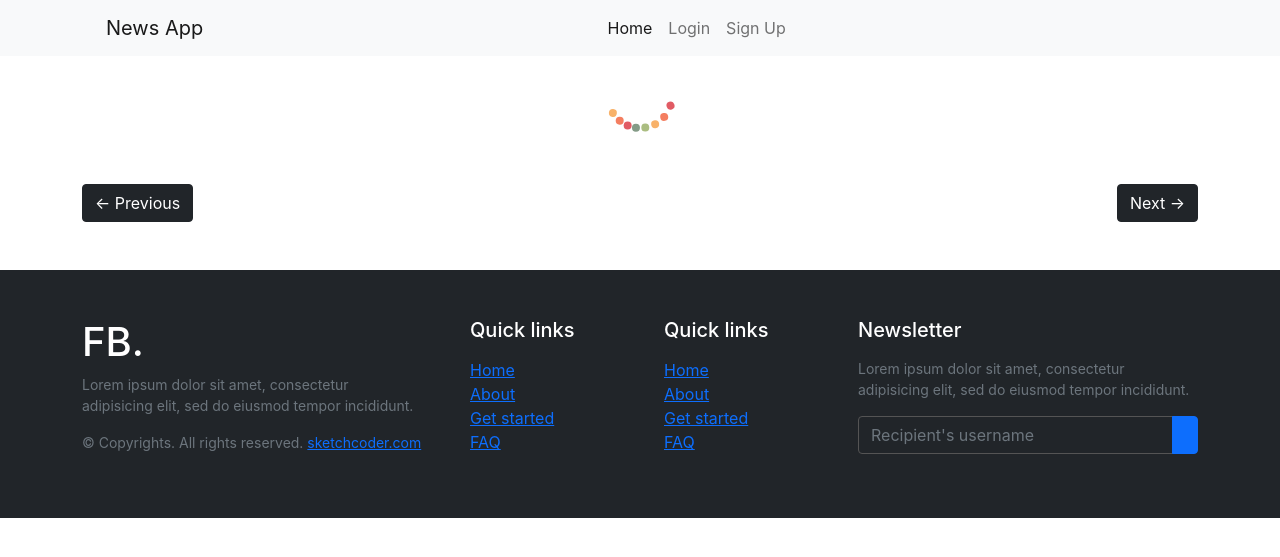
Repository: ZainAkbar51214/News-Site
Page: /
An editor plug-in stored every save of this project. The page is shown before and after the next save, followed by the edit.
The browser window is 1280 px wide. The pictures show the whole page.
The page's requests for data from a server got no answer. The project was rebuilt for these pictures with package versions that can differ from the ones it lists, and the page was loaded fresh each time. A package was used in the major version that the imports need, not the one package.json lists. No one was signed in, and anything a server would have sent is missing. Also part of the build but not shown: src/App.css, src/Components/Layouts/NewsItem.js, src/Components/pages/Login.jsx, src/Components/pages/SignUp.jsx.

Above is the page before, as saved 2023-12-18 01:56:39.

### public/index.html
<!DOCTYPE html>
<html lang="en">
  <head>
    <meta charset="utf-8" />
    <link rel="icon" href="%PUBLIC_URL%/favicon.ico" />
    <meta name="viewport" content="width=device-width, initial-scale=1" />
    <meta name="theme-color" content="#000000" />
    <meta
      name="description"
      content="Web site created using create-react-app"
    />
    <link rel="apple-touch-icon" href="%PUBLIC_URL%/logo192.png" />

    <link rel="manifest" href="%PUBLIC_URL%/manifest.json" />

    <title>News App</title>
    <!-- Bootstrap cdn -->
    <link href="https://cdn.jsdelivr.net/npm/bootstrap@5.0.2/dist/css/bootstrap.min.css" rel="stylesheet" integrity="sha384-EVSTQN3/azprG1Anm3QDgpJLIm9Nao0Yz1ztcQTwFspd3yD65VohhpuuCOmLASjC" crossorigin="anonymous">
  </head>
  <body>
    <noscript>You need to enable JavaScript to run this app.</noscript>
    <div id="root"></div>


    <!-- Bootstrap Script -->
    <script src="https://cdn.jsdelivr.net/npm/@popperjs/core@2.9.2/dist/umd/popper.min.js" integrity="sha384-IQsoLXl5PILFhosVNubq5LC7Qb9DXgDA9i+tQ8Zj3iwWAwPtgFTxbJ8NT4GN1R8p" crossorigin="anonymous"></script>
<script src="https://cdn.jsdelivr.net/npm/bootstrap@5.0.2/dist/js/bootstrap.min.js" integrity="sha384-cVKIPhGWiC2Al4u+LWgxfKTRIcfu0JTxR+EQDz/bgldoEyl4H0zUF0QKbrJ0EcQF" crossorigin="anonymous"></script>
  </body>
</html>

### src/App.js
import React from "react";
import {
  BrowserRouter,
  Routes,
  Route
} from "react-router-dom";
import Home from './Components/pages/Home';
import Navbar from './Components/Header/Navbar';
import Footer from './Components/Footer/Footer';
import Login from "./Components/pages/Login";
import SignUp from "./Components/pages/SignUp";

function App() {
  return (
    <BrowserRouter>
      <Navbar />
        <Routes>
          <Route path="/" element={<Home />}></Route>
          <Route path="/login" element={<Login />}></Route>
          <Route path="/sign-up" element={<SignUp />}></Route>
        </Routes>
      <Footer />
  </BrowserRouter>
  );
}

export default App;

### src/Components/pages/Home.jsx
import React, { Component } from 'react';
import News from '../Layouts/News';

class Home extends Component {
    render() {
        return (
            <div>
                <News pageSize={5} country="in" />
            </div>
        );
    }
}

export default Home;

### src/Components/Header/Navbar.jsx
import React, { Component } from 'react';
import { Link } from 'react-router-dom';

class Navbar extends Component {
    render() {
        return (
            <div>
                <div className="container-fluid bg-light">
                <div className="container">
                    <div className="row">
                        <div className="col-md-12">
                            <nav className="navbar navbar-expand-lg navbar-light">
                                <div className="container-fluid">
                                    <Link className="navbar-brand" to="/">News App</Link>
                                    <button className="navbar-toggler" type="button" data-bs-toggle="collapse" data-bs-target="#navbarSupportedContent" aria-controls="navbarSupportedContent" aria-expanded="false" aria-label="Toggle navigation">
                                        <span className="navbar-toggler-icon"></span>
                                    </button>
                                    <div className="collapse navbar-collapse" id="navbarSupportedContent">
                                        <ul className="navbar-nav mx-auto mb-2 mb-lg-0">
                                            <li className="nav-item">
                                                <Link className="nav-link active" aria-current="page" to="/">Home</Link>
                                            </li>
                                            <li className="nav-item">
                                                <Link className="nav-link" to="/login">Login</Link>
                                            </li>
                                            <li className="nav-item">
                                                <Link className="nav-link" to="/sign-up">Sign Up</Link>
                                            </li>
                                        </ul>
                                    </div>
                                </div>
                            </nav>
                        </div>
                    </div>
                </div>
            </div>
            </div>
        );
    }
}

export default Navbar;

### src/Components/Footer/Footer.jsx
import React from "react";
import { Link } from "react-router-dom";
import '../Footer/Footer.css';

const Navbar = () => {
    return (
        <>
            <div className="d-flex flex-column h-100">
                {/* <!-- FOOTER --> */}
                <footer className="w-100 py-4 flex-shrink-0">
                    <div className="container py-4">
                        <div className="row gy-4 gx-5">
                            <div className="col-lg-4 col-md-6">
                                <h5 className="h1 text-white">FB.</h5>
                                <p className="small text-muted">Lorem ipsum dolor sit amet, consectetur adipisicing elit, sed do eiusmod tempor incididunt.</p>
                                <p className="small text-muted mb-0">&copy; Copyrights. All rights reserved. <Link className="text-primary" to="https://sketchcoder.com" target="_blank">sketchcoder.com</Link></p>
                            </div>
                            <div className="col-lg-2 col-md-6">
                                <h5 className="text-white mb-3">Quick links</h5>
                                <ul className="list-unstyled text-muted">
                                    <li><Link to="#">Home</Link></li>
                                    <li><Link to="#">About</Link></li>
                                    <li><Link to="#">Get started</Link></li>
                                    <li><Link to="#">FAQ</Link></li>
                                </ul>
                            </div>
                            <div className="col-lg-2 col-md-6">
                                <h5 className="text-white mb-3">Quick links</h5>
                                <ul className="list-unstyled text-muted">
                                    <li><Link to="#">Home</Link></li>
                                    <li><Link to="#">About</Link></li>
                                    <li><Link to="#">Get started</Link></li>
                                    <li><Link to="#">FAQ</Link></li>
                                </ul>
                            </div>
                            <div className="col-lg-4 col-md-6">
                                <h5 className="text-white mb-3">Newsletter</h5>
                                <p className="small text-muted">Lorem ipsum dolor sit amet, consectetur adipisicing elit, sed do eiusmod tempor incididunt.</p>
                                <form action="#">
                                    <div className="input-group mb-3">
                                        <input className="form-control" type="text" placeholder="Recipient's username" aria-label="Recipient's username" aria-describedby="button-addon2" />
                                        <button className="btn btn-primary" id="button-addon2" type="button"><i className="fas fa-paper-plane"></i></button>
                                    </div>
                                </form>
                            </div>
                        </div>
                    </div>
                </footer>
            </div>
        </>
    )
}

export default Navbar;

### src/Components/Layouts/News.js
import React, { Component } from 'react';
import NewsItem from './NewsItem';
import Spinner from '../Spinner';
import PropTypes from 'prop-types';

class News extends Component {

    static defaultProps = {
        country: 'in',
        pageSize: 8
      }
    static PropTypes = {
        country: PropTypes.string,
        pageSize: PropTypes.number,

      }

    constructor(){
        super();
        this.state = {
            articles: [],
            loading: false,
            page: 1
        }
    }

    async componentDidMount(){
        let url = `https://newsapi.org/v2/top-headlines?&country=${this.props.country}&apiKey=ad02bf3d34a0416cb244eb374fced0bb&q=news&page=1&pageSize=${this.props.pageSize}`;
        this.setState({loading: true});
        let data = await fetch(url);
        let passData = await data.json();
        console.log(passData);
        this.setState({
            articles: passData.articles,
            totalResults: passData.totalResults,
            loading: false
        })

    }

    handPrevClick = async () => {
        console.log("prev");
        let url = `https://newsapi.org/v2/top-headlines?&country=${this.props.country}&apiKey=ad02bf3d34a0416cb244eb374fced0bb&q=news&page=${this.state.page - 1}&pageSize=${this.props.pageSize}`;
        this.setState({loading: true});
        let data = await fetch(url);
        let passData = await data.json();
        console.log(passData);

        this.setState({
            page: this.state.page - 1,
            articles: passData.articles,
            loading: false
        })
    }
    handNextClick = async () => {
        console.log("Next");
        if(!(this.state.page + 1 > Math.ceil(this.state.totalResults/this.props.pageSize))){

        let url = `https://newsapi.org/v2/top-headlines?&country=${this.props.country}&apiKey=ad02bf3d34a0416cb244eb374fced0bb&q=news&page=${this.state.page + 1}&pageSize=${this.props.pageSize}`;
        this.setState({loading: true});
        let data = await fetch(url);
        let passData = await data.json();
        console.log(passData);

        this.setState({
            page: this.state.page + 1,
            articles: passData.articles,
            loading: false
        })
        }
    }



    render() {
        return (
            <div className='container-fluid'>
                <div className='container'>
                    {
                        this.state.loading &&
                        <div className='row'>
                            <div className='col-lg-12 text-center'>
                                <Spinner />
                            </div>
                        </div>
                    }
                    <div className='row'>
                        {!this.state.loading && this.state.articles.map((element) => {
                           return element.urlToImage?<div className='col-lg-4 col-md-6 mt-5' key={element.url}>
                           <NewsItem title={element.title?element.title.slice(0, 45): ""} description={element.description?element.description.slice(0, 86): ""} imageUrl={element.urlToImage} newsUrl={element.url} />
                       </div>
                       :""
                        })}

                    </div>

                   <div className='row'>
                   <div className='col-lg-12 d-flex justify-content-between mt-5 mb-5'>
                        <button disabled={this.state.page<1} type='button' className='btn btn-dark' onClick={this.handPrevClick}>&larr; Previous</button>
                        <button disabled={this.state.page + 1 > Math.ceil(this.state.totalResults/this.props.pageSize)} type='button' className='btn btn-dark' onClick={this.handNextClick}>Next &rarr;</button>
                    </div>
                   </div>
                </div>
            </div>
        );
    }
}

export default News;

### src/Components/Footer/Footer.css
/* ==========================================
    FOR DEMO PURPOSE
  ========================================== */

  .text-small {
    font-size: 0.9rem;
  }

  .form-control {
    background: #212529;
    border-color: #545454;
  }

  .form-control:focus {
    background: #212529;
  }

  footer {
    background: #212529;
  }

### src/Components/Spinner.jsx
import React, { Component } from 'react';
import loading from '../img/index.svg';

class Spinner extends Component {
    render() {
        return (
            <div>
                <img src={loading} alt="loading" />
            </div>
        );
    }
}

export default Spinner;

Loaded but not shown: src/index.js (common file); src/index.css (common file); src/reportWebVitals.js (common file)

After the next save:
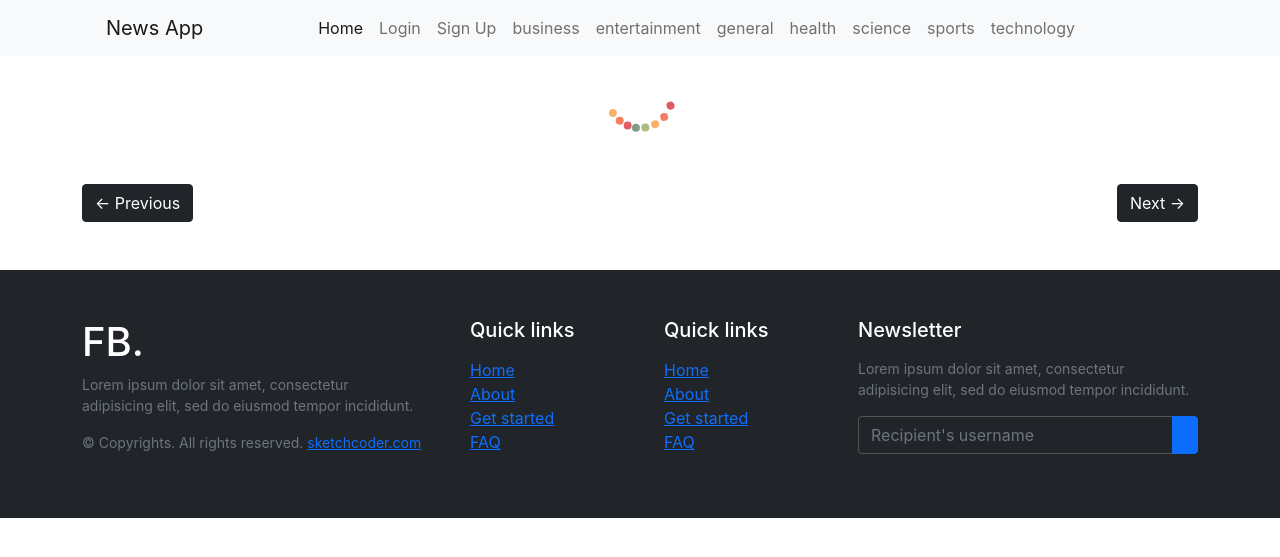
Saved 5 min 12 s later.
--- a/src/Components/Header/Navbar.jsx
+++ b/src/Components/Header/Navbar.jsx
@@ -26,6 +26,27 @@ class Navbar extends Component {
                                             <li className="nav-item">
                                                 <Link className="nav-link" to="/sign-up">Sign Up</Link>
                                             </li>
+                                            <li className="nav-item">
+                                                <Link className="nav-link" to="/sign-up">business</Link>
+                                            </li>
+                                            <li className="nav-item">
+                                                <Link className="nav-link" to="/sign-up">entertainment</Link>
+                                            </li>
+                                            <li className="nav-item">
+                                                <Link className="nav-link" to="/sign-up">general</Link>
+                                            </li>
+                                            <li className="nav-item">
+                                                <Link className="nav-link" to="/sign-up">health</Link>
+                                            </li>
+                                            <li className="nav-item">
+                                                <Link className="nav-link" to="/sign-up">science</Link>
+                                            </li>
+                                            <li className="nav-item">
+                                                <Link className="nav-link" to="/sign-up">sports</Link>
+                                            </li>
+                                            <li className="nav-item">
+                                                <Link className="nav-link" to="/sign-up">technology</Link>
+                                            </li>
                                         </ul>
                                     </div>
                                 </div>
